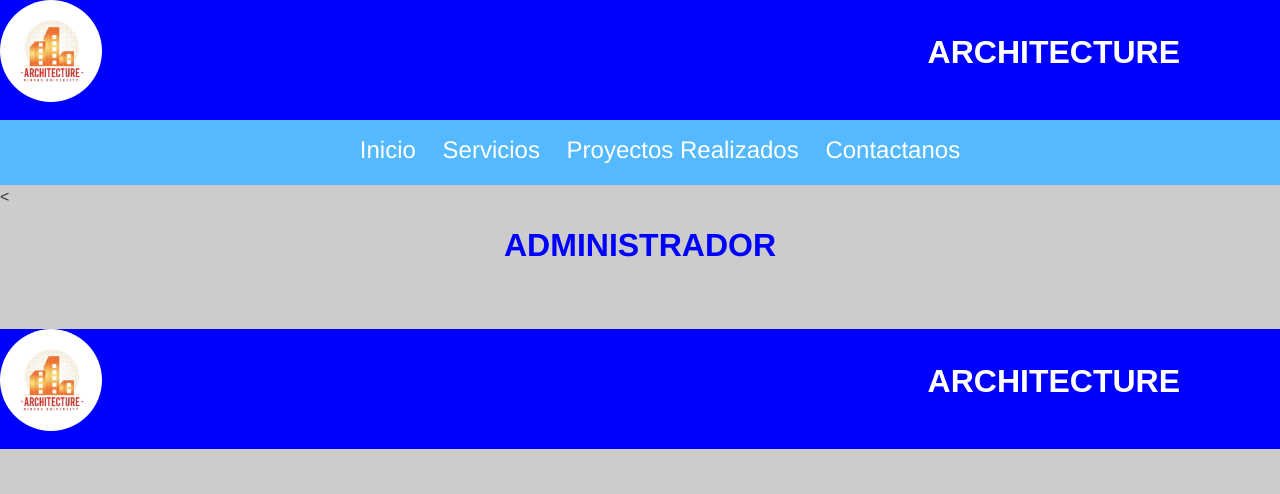
Repository: gabrielestrella18/htdocs
Page: http://localhost/arquitectos/login.php
The author's editor kept a copy of each file at every save. The page is drawn from the files as they stood at one save, then again after the next save.
The browser window is 1280 px wide. The pictures show the whole page.
The page is run by PHP 8.4 with error messages shown; the project is at /var/www/html/.

Above is the page before, as saved 2023-12-10 01:02:57.

### arquitectos/login.php
<!DOCTYPE html>
<html lang="en">
  <head>
    <title></title>
    <meta charset="UTF-8">
    <meta name="viewport" content="width=device-width, initial-scale=1">
    <link href="estilo.css" rel="stylesheet">
  </head>
  <body>

<?php

include  "arriba.php"
?>

<?php
include "menu.php"
?>
<
<br><br>

<h4 class="welcome">ADMINISTRADOR</h4>

<br><br><br>




<?php
include "abajo.php"
?>


  </body>
</html>

### arquitectos/arriba.php
<div class="azul">
  <img  class="lg"src="imagenes/arch.jpg" alt="">

  <h1>ARCHITECTURE</h1>
</div>

### arquitectos/menu.php
<div class="menu">
<div class="menuOpciones">
            <a href="index.php">Inicio</a>
            <a href="servicios.php">Servicios</a>
            <a href="proyectos.php">Proyectos Realizados</a>
            <a href="contactos.php">Contactanos</a>
            </div>

</div>

### arquitectos/abajo.php

<div class="azul">
  <img  class="lg"src="imagenes/arch.jpg" alt="">

  <h1>ARCHITECTURE</h1>
</div>

### arquitectos/estilo.css
* {
    box-sizing: border-box;
    margin: 0;
    padding: 0;
}

body {
    font-family: helvetica;
    font-size: 16px;
    line-height: 24px;
    color: #333;
    background-color: #cccccc;
    max-width: 1400px;
}

.azul {
    background-color: blue;
    padding-bottom: 120px;
}

.lg {
    float: left;
    width: 8%;
    height: 8%;
    border-radius: 80px;
}

h1 {
    color: white;
    float: right;
    font-family: sans-serif;
    text-align: end;
    padding-top: 40px;
    padding-right: 100px;
}

.menu {
    border: 1px #54b9ff solid;
    background-color: #54b9ff;
    height: 65px;
}

.menuOpciones {
    padding-top: 12px;
    text-align: center;
    margin-top: 5px;
    padding-left: 40px;
    font-size: x-large;
}

.menuOpciones a {
    text-decoration: none;
    color: white;
    padding: 10px;
}

.menuOpciones a:hover {
    color: #373b39;
    background-color: #0afc83;
    padding-top: 16px;
    padding-bottom: 21px;
}

.contenedor_fondo {
    width: 1350px;
    height: 600px;
    margin: auto;
    background-image: url(imagenes/fondoarq.jpg);
    background-repeat: no-repeat;
    background-size: cover;
}

.textofoto {
    color: rgb(7, 2, 2);
    margin: auto;
    text-align: center;
    line-height: 35px;
    padding-top: 200px;
    font-size: x-large;
}

.video {
    text-align: center;
    background-color: #373b39;
    border-radius: 100px;
    width: 700px;
    margin: auto;
    padding-top: 40px;
    padding-bottom: 40px;
}

.botoncito {
    text-align: center;
}

.boton1 {
    color: #ece80f;
    background-color: #ce1111;
    padding-top: 20px;
    padding-bottom: 20px;
    padding-left: 10px;
    padding-right: 10px;
    border-radius: 20px;
    text-decoration: none;
}

h3 {
    text-align: center;
}

.serv {
    background-color: #ece80f;
    padding-top: 20px;
    padding-bottom: 20px;
    padding-left: 10px;
    padding-right: 10px;
    border-radius: 20px;
}

.ser {
    padding-left: 450px;
    padding-right: 450px;
}

p {
    font-weight: 400px;
    font-size: xx-large;
}

.text {
    text-align: center;
}

.caja1 {
    float: left;
    padding-left: 150px;
    padding-top: 60px;
}

.caja2 {
    float: right
}

.plan {
    width: 70%;
    height: 70%;
}

.rojo {
    color: rgb(255, 0, 0);
    font-weight: 800;
}

.text {
    color: black;
    font-size: large;
}

.caja3 {
    float: right;
    padding-right: 200px;
    padding-top: 120px;
}

.caja4 {
    float: left;
}

.co {
    padding-left: 100px;
    width: 600px;
    height: 320px;
}

.caja5 {
    float: left;
    padding-left: 150px;
    padding-top: 60px;
}

.caja6 {
    float: right;
    padding-right: 200px;
}

.re {
    width: 450px;
    height: 300px;
}

.display {
    display: inline-block;
    width: 1350px;
}

.mira {
    text-align: center;
    display: inline-block;
    width: 700px;
}

.ubica {
    display: inline-block;
    width: 600px;
    text-align: center;
    padding-left: 150px;
}

.ubi {
    width: 600px;
    height: 300px;
}

.boton2 {
    color: #ece80f;
    background-color: #ce1111;
    padding-top: 20px;
    padding-bottom: 20px;
    padding-left: 10px;
    padding-right: 10px;
    border-radius: 20px;
    text-decoration: none;
}

.rapi {
    color: rgb(243, 243, 248);
    font-family: 'Franklin Gothic Medium';
    font-size: large;
    background-color: rgb(68, 67, 66);
    border-radius: 20px;
    padding-top: 10px;
    padding-bottom: 10px;
    display: inline-block;
    padding-left: 10px;
    padding-right: 10px;
}

.cuadrado {
    border: 4px #eaeaea solid;
    background-color: #eaeaea;
    padding: 6px 50px;
}

.campos {
    border-radius: 20px;
    border: 1px #999 solid;
    padding: 7px;
    width: 400px;
    /* para que se separen */
    margin-left: 20px;
}

.boton3 {
    padding: 5px 10px;
    margin-left: 35px;
    color: #f0dbdb;
    background-color: #ff5454;
    border-radius: 20px;
    padding-top: 18px;
    padding-bottom: 18px;
    padding-left: 20px;
    padding-right: 20px;
}

.boton3:hover {
    background-color: #38065a;
    color: white;
}

.boton4 {
    padding: 5px 10px;
    background-color: aqua;
    border-radius: 20px;
    padding-top: 18px;
    padding-bottom: 18px;
    padding-left: 20px;
    padding-right: 20px;
}

.boton4:hover {
    background-color: #aaff0b;
    color: white;
}

.centro {
    text-align: center;
}

.contenedor2 {
    width: 1350px;
    height: 700px;
    margin: auto;
    background-image: url(imagenes/muchos.gif);
    background-repeat: no-repeat;
    background-size: cover;
}

h4 {
    color: blue;
    text-align: center;
    font-size: xx-large;
}

After the next save:
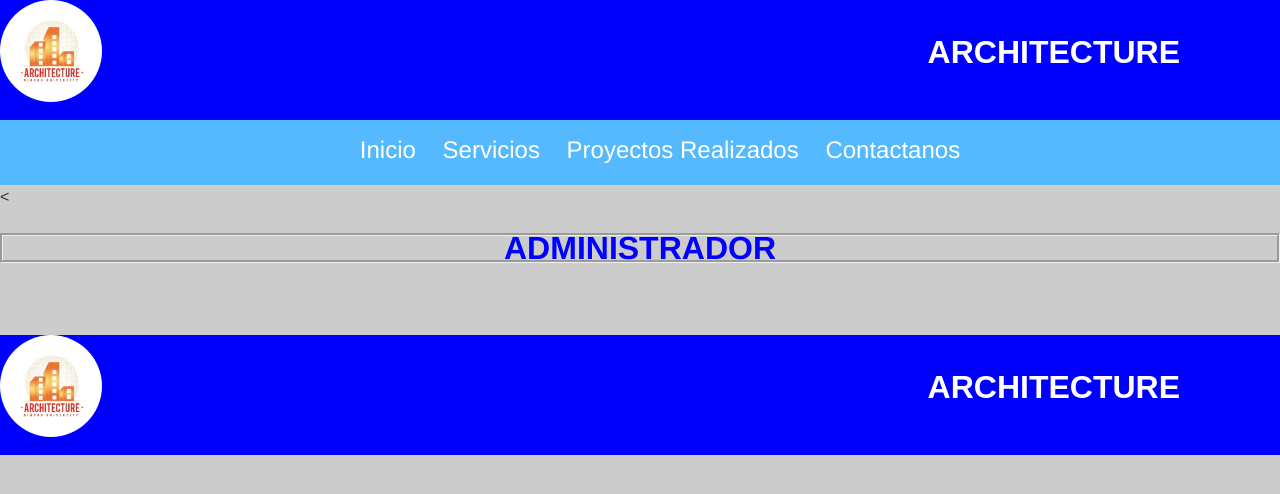
Saved 56 s later.
--- a/arquitectos/estilo.css
+++ b/arquitectos/estilo.css
@@ -299,4 +299,5 @@
     color: blue;
     text-align: center;
     font-size: xx-large;
-}
+    border-style: groove;
+}

After the save that followed:
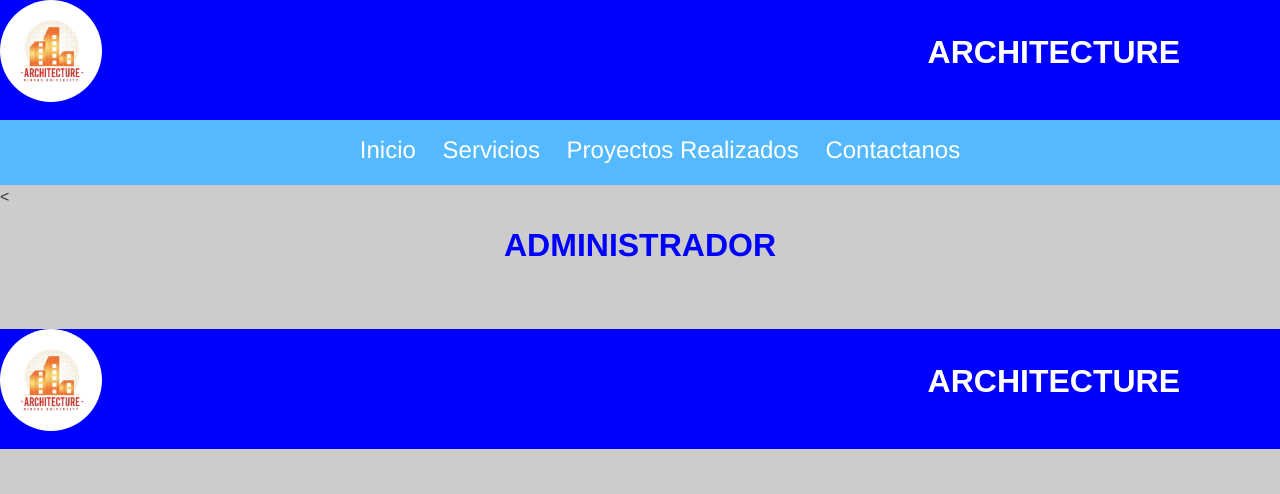
Saved 14 s later.
--- a/arquitectos/estilo.css
+++ b/arquitectos/estilo.css
@@ -299,5 +299,4 @@
     color: blue;
     text-align: center;
     font-size: xx-large;
-    border-style: groove;
-}
+}
